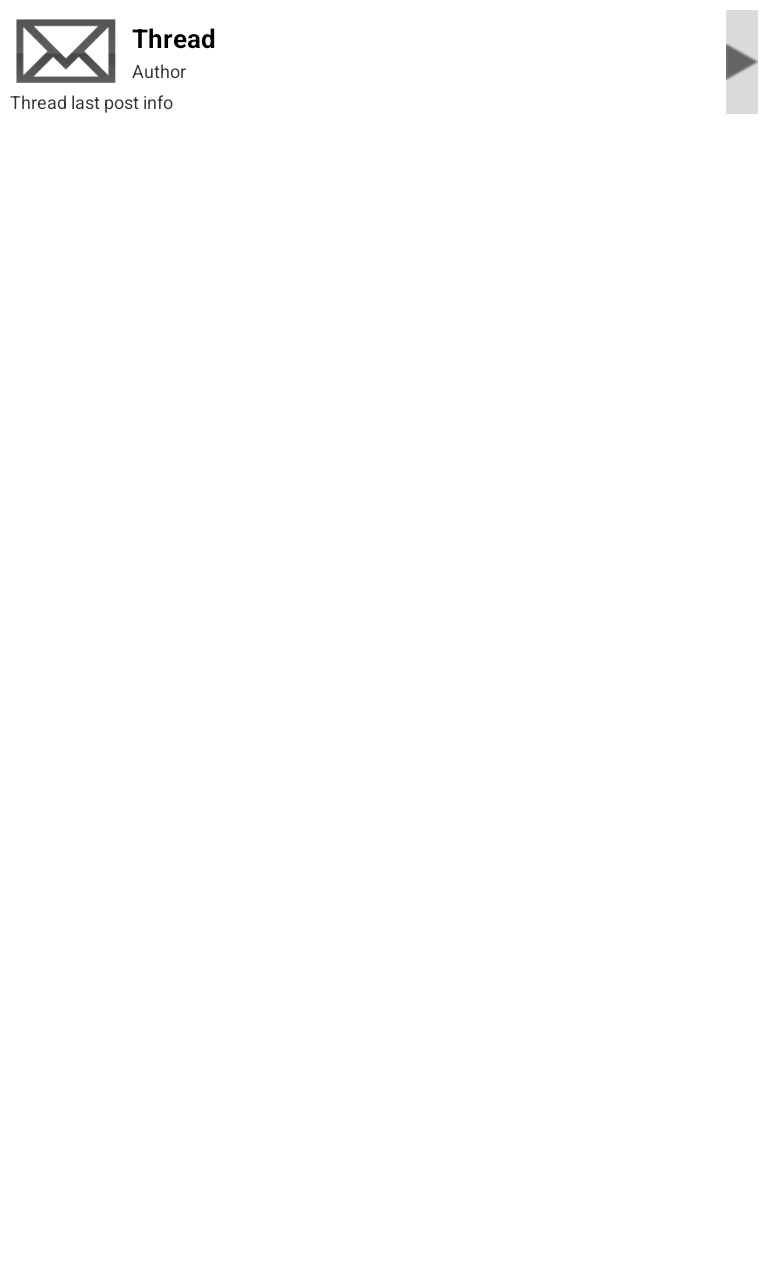
Repository: epson121/forumhr_mobile
Layout: TopicsActivity/res/layout/copy_threads_list_row.xml
The author's editor kept a copy of each file at every save. The layout is drawn from the files as they stood at one save, then again after the next save.
It is drawn on a 768 x 1280 px phone screen (xhdpi) without system bars, with theme AppTheme; the app's code is not run.

Above is the layout before, as saved 2013-02-24 16:03:07.

After the next save:
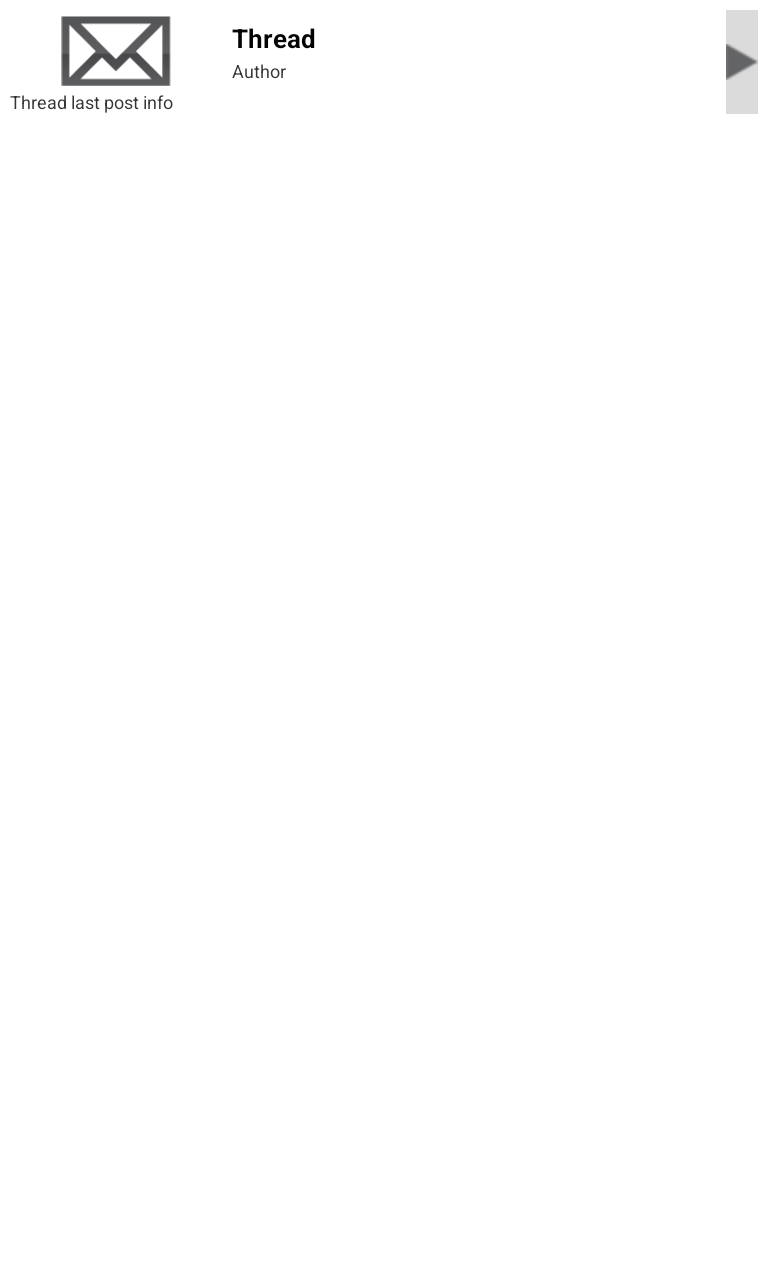
Saved 5 s later.
--- a/TopicsActivity/res/layout/copy_threads_list_row.xml
+++ b/TopicsActivity/res/layout/copy_threads_list_row.xml
@@ -17,7 +17,7 @@
 
          <ImageView
             android:id="@+id/thread_icon"
-            android:layout_width="50dip"
+            android:layout_width="100dip"
             android:layout_height="35dip"
             android:contentDescription="@+string/description"
             android:src="@drawable/thread_icon_bw"
